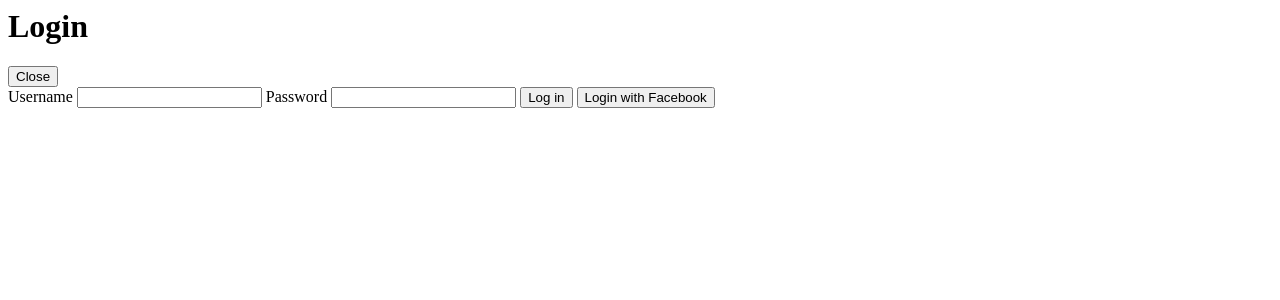
Repository: agustinbaretto/rainbow
Page: Rainbow/www/templates/login.html
The author's editor kept a record of every edit. The page is drawn from the files as they stood at one moment, then again after the next edit.
The browser window is 1280 px wide. The pictures show the whole page.

Above is the page before.

After the next edit:
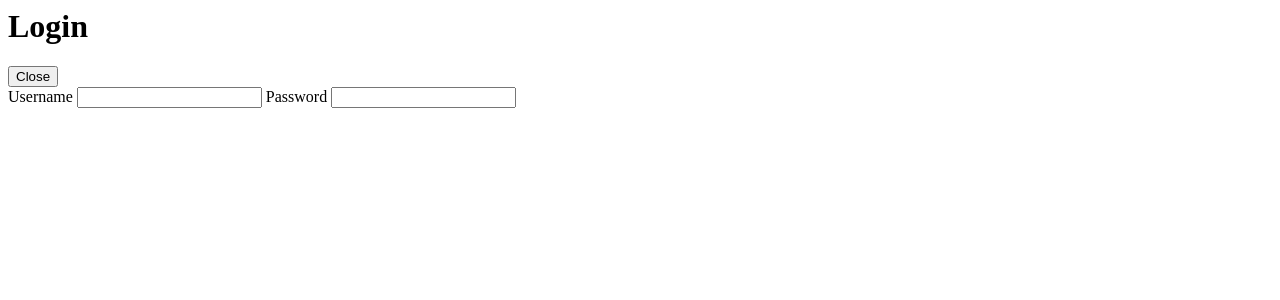
The edit:
--- a/Rainbow/www/templates/login.html
+++ b/Rainbow/www/templates/login.html
@@ -16,7 +16,7 @@
           <span class="input-label">Password</span>
           <input type="password" ng-model="loginData.password">
         </label>
-        <label class="item">
+        <!--label class="item">
           <button class="button button-block button-positive" type="submit">Log in</button>
         </label>
         <button class="button button-block button-positive" ng-click="fbLogin()">
